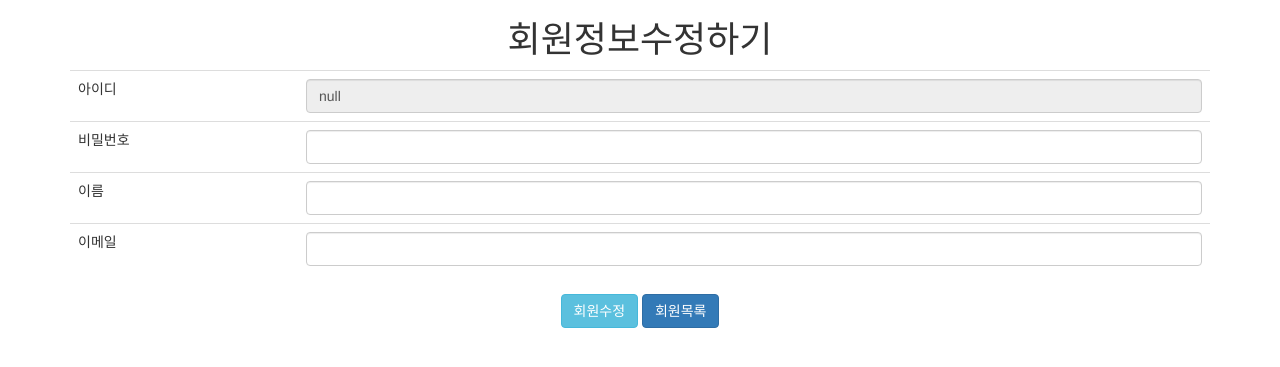
Repository: juhee1020/studying
Page: http://localhost/jsp02_database/jsp01_connect/jsp02_updateForm.jsp
The author's editor kept a copy of each file at every save. The page is drawn from the files as they stood at one save, then again after the next save.
The browser window is 1280 px wide. The pictures show the whole page.
The page is served by Tomcat 9.

Above is the page before, as saved 2022-12-15 01:43:20.

After the next save:
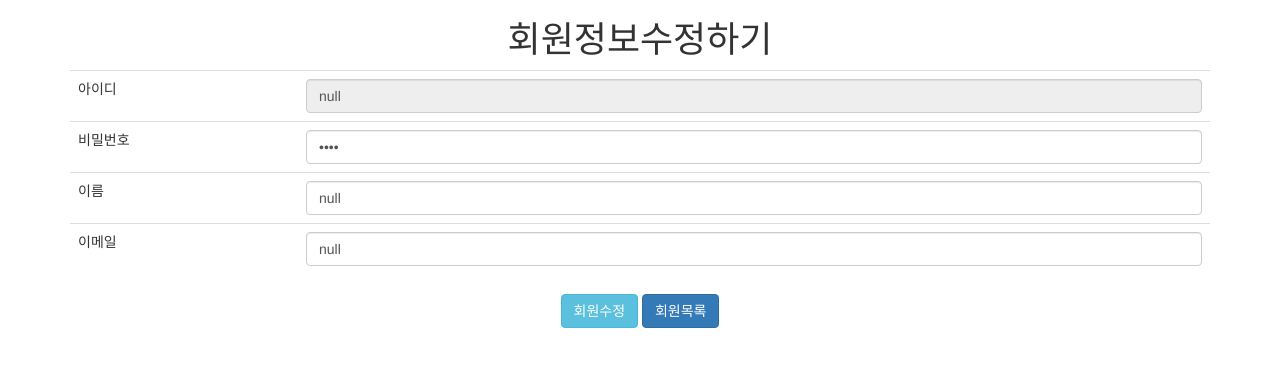
Saved 2 min 13 s later.
--- a/JSP/jsp02_database/WebContent/jsp01_connect/jsp02_updateForm.jsp
+++ b/JSP/jsp02_database/WebContent/jsp01_connect/jsp02_updateForm.jsp
@@ -2,9 +2,9 @@
 <%@taglib prefix="c" uri="http://java.sun.com/jsp/jstl/core"%>
 <%
 	String id = request.getParameter("id");
-	String pw = "";
-	String name = "";
-	String email = "";
+	String pw = request.getParameter("pw");
+	String name = request.getParameter("name");
+	String email = request.getParameter("email");
 
 %>
 <!DOCTYPE html>
